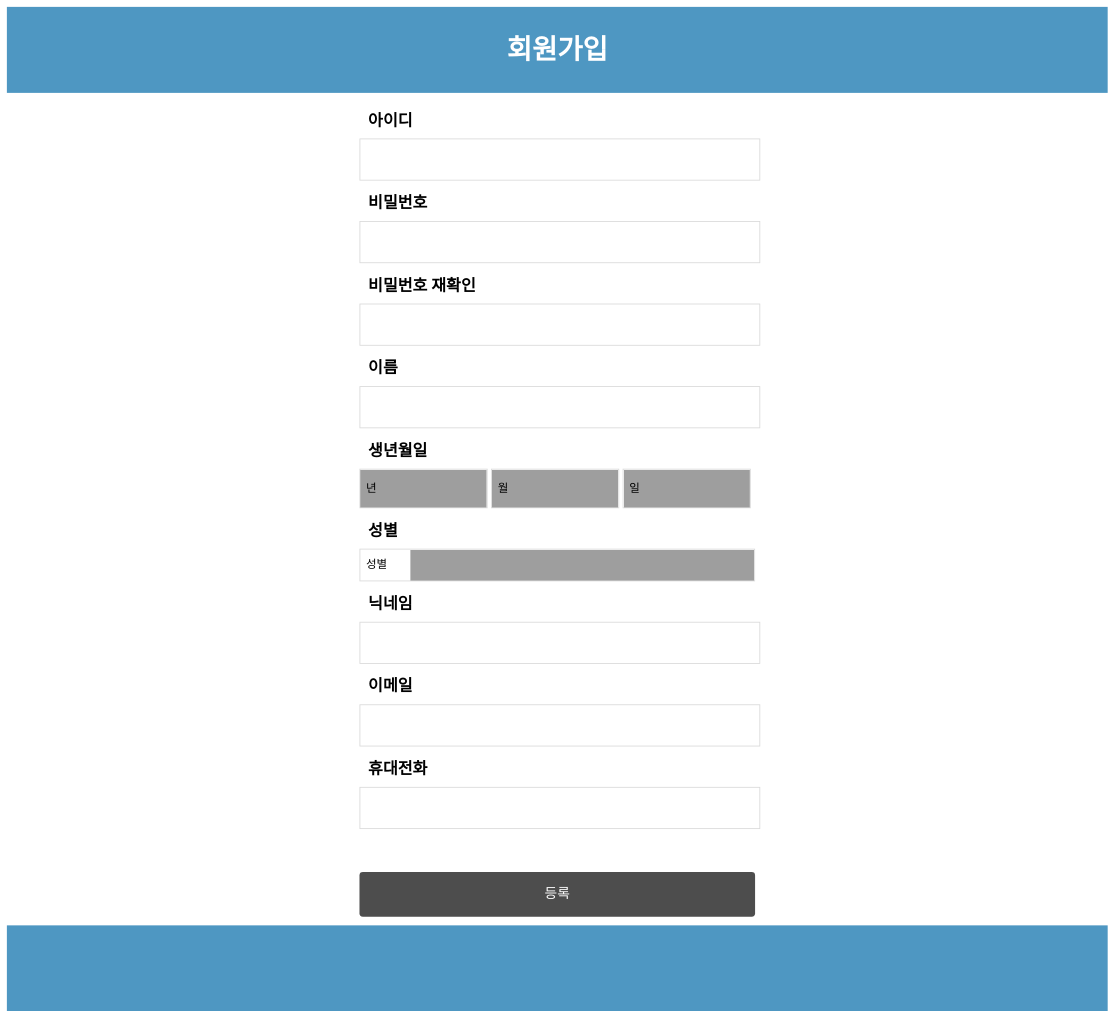
Repository: agheha/trillion
Page: YH/study_project/html/signup.html
The author's editor kept a copy of each file at every save. The page is drawn from the files as they stood at one save, then again after the next save.
The browser window is 1280 px wide. The page is 1288 px wide, so the pictures cover 1288 px, including what lies to the right of the window. The pictures show the whole page, at 86% of full size.
Pictures or frames that could not be fetched are drawn as grey boxes.

Above is the page before, as saved 2019-09-04 17:21:03.

### YH/study_project/html/signup.html
<!DOCTYPE html>
<html lang="en">
<head>
    <meta charset="UTF-8">
    <meta name="viewport" content="width=device-width, initial-scale=1.0">
    <meta http-equiv="X-UA-Compatible" content="ie=edge">
    <title>Document</title>
    <link rel="stylesheet" href="./../css/signup.css">
</head>
<body>
    <header><h1>회원가입</h1></header>
    <form>
        <fieldset>
                <div>
                    <h3>아이디</h3>
                    <div><input class="user_id" type="text" name="msg"></div>
                    <h3>비밀번호</h3>
                    <div><input type="password" name="pass"></div>
                    <h3>비밀번호 재확인</h3>
                    <div><input type="password" name="pass"></div>
                    <h3>이름</h3>
                    <div><input type="text" name="name"></div>
                    <h3>생년월일</h3>
                    <div>
                        <select id="birth_year" name="year">
                            <option value="1990">1990</option>
                            <option value="1991">1991</option>
                            <option value="1992">1992</option>
                            <option value="1993">1993</option>
                            <option value="1994">1994</option>
                            <option value="1995">1995</option>
                            <option value="1996">1996</option>
                            <option value="1997">1997</option>
                            <option value="1998">1998</option>
                            <option value="1999">1999</option>
                            <option value="2001">2001</option>
                            <option value="2002">2002</option>
                            <option value="2003">2003</option>
                            <option value="2004">2004</option>
                            <option value="2005">2005</option>
                            <option value="2006">2006</option>
                            <option value="2007">2007</option>
                            <option value="2008">2008</option>
                            <option value="2009">2009</option>
                            <option value="2010">2010</option>
                            <option value="2011">2011</option>
                            <option value="2012">2012</option>
                            <option value="2013">2013</option>
                            <option value="2014">2014</option>
                            <option value="2015">2015</option>
                            <option value="2016">2016</option>
                            <option value="2017">2017</option>
                            <option value="2018">2018</option>
                            <option value="2019">2019</option>
                            <option value="0" selected>년</option>
                        </select>
                        <select id="birth_month" name="month">
                            <option value="1">1</option>
                            <option value="2">2</option>
                            <option value="3">3</option>
                            <option value="4">4</option>
                            <option value="5">5</option>
                            <option value="6">6</option>
                            <option value="7">7</option>
                            <option value="8">8</option>
                            <option value="9">9</option>
                            <option value="10">10</option>
                            <option value="11">11</option>
                            <option value="12">12</option>
                        <option value="0" selected>월</option>
                    </select>
                        <select id="birth_date" name="date">
                            <option value="1">1</option>
                            <option value="2">2</option>
                            <option value="3">3</option>
                            <option value="4">4</option>
                            <option value="5">5</option>
                            <option value="6">6</option>
                            <option value="7">7</option>
                            <option value="8">8</option>
                            <option value="9">9</option>
                            <option value="10">10</option>
                            <option value="11">11</option>
                            <option value="12">12</option>
                            <option value="13">13</option>
                            <option value="14">14</option>
                            <option value="15">15</option>
                            <option value="16">16</option>
                            <option value="17">17</option>
                            <option value="18">18</option>
                            <option value="19">19</option>
                            <option value="20">20</option>
                            <option value="21">21</option>
                            <option value="22">22</option>
                            <option value="23">23</option>
                            <option value="24">24</option>
                            <option value="25">25</option>
                            <option value="26">26</option>
                            <option value="27">27</option>
                            <option value="28">28</option>
                            <option value="29">29</option>
                            <option value="30">30</option>
                            <option value="31">31</option>
                         <option value="0" selected>일</option>
                        </select>
                </div>
                <h3>성별</h3>
                <div>
                     <select id="gender" name="gender">
                        <option value="1">남자</option>
                        <option value="2">여자</option>
                        <option value="0" selected>성별</option>
                    </select>
                </div>
                <h3>닉네임</h3>
                <div><input type="password" name="nicname"></div>
                <h3>이메일</h3>
                <div><input type="email" name="email" required></div>
                <h3>휴대전화</h3>
                <div><input type="text" name="phnum"></div>
                <div><a class="btn" id="loginBtn" href="">등록</a></div>
            </div>
        </fieldset>
        <footer></footer>
    </form>
</body>
</html>

### YH/study_project/css/signup.css
body,html {
    width : 100%;
    height: 100%;
}
input{
    width: 100%;
    height: 45px;
    border: 1px solid #dadada;
    font-size: 15px;
}

#gender{
    width: 100%;
    height: 100%;
    border: 1px solid #dadada;
    padding: .8em .5em;
    font-family: inherit;
    background: #FFF url(https://static.nid.naver.com/images/join/pc/sel_arr_2x.gif) 100% 50% no-repeat;
    border-radius: 0px;
    -webkit-appearance: none;
    -moz-appearance: none;
    appearance: none;
}
#birth_year,#birth_month,#birth_date {
    width: 149px;
    height: 46px;
    border: 1px solid #dadada;
    padding: .8em .5em;
    font-family: inherit;
    background: #FFF url(https://static.nid.naver.com/images/join/pc/sel_arr_2x.gif) 100% 50% no-repeat;
    border-radius: 0px;
    -webkit-appearance: none;
    -moz-appearance: none;
    appearance: none;

}
h1 {
    text-align: center;
    color : white;
    margin : 0 auto;
    line-height: 100px;
}
h3 {
    margin : 10px;

}
fieldset {
    width: 890px;
    margin : 0 auto;
    border : none;
}
fieldset > div {
    width: 460px;
    margin : 0 auto;
}
header{
    height: 100px;
    width: 100%;
    background:#4E97C2 ;
}
footer {
    height: 100px;
    width: 100%;
    background:#4E97C2 ;
}
.btn{
    color: #fff;
    background-color: #4d4d4d;
    border-color: #404040;
    display: block;
    width : 100%;
    height: 52px;
    border-radius: 4px;
    line-height: 50px;
    text-align: center;
    margin-top: 50px;
    margin-top: 50px;
    text-decoration: none;
}

After the next save:
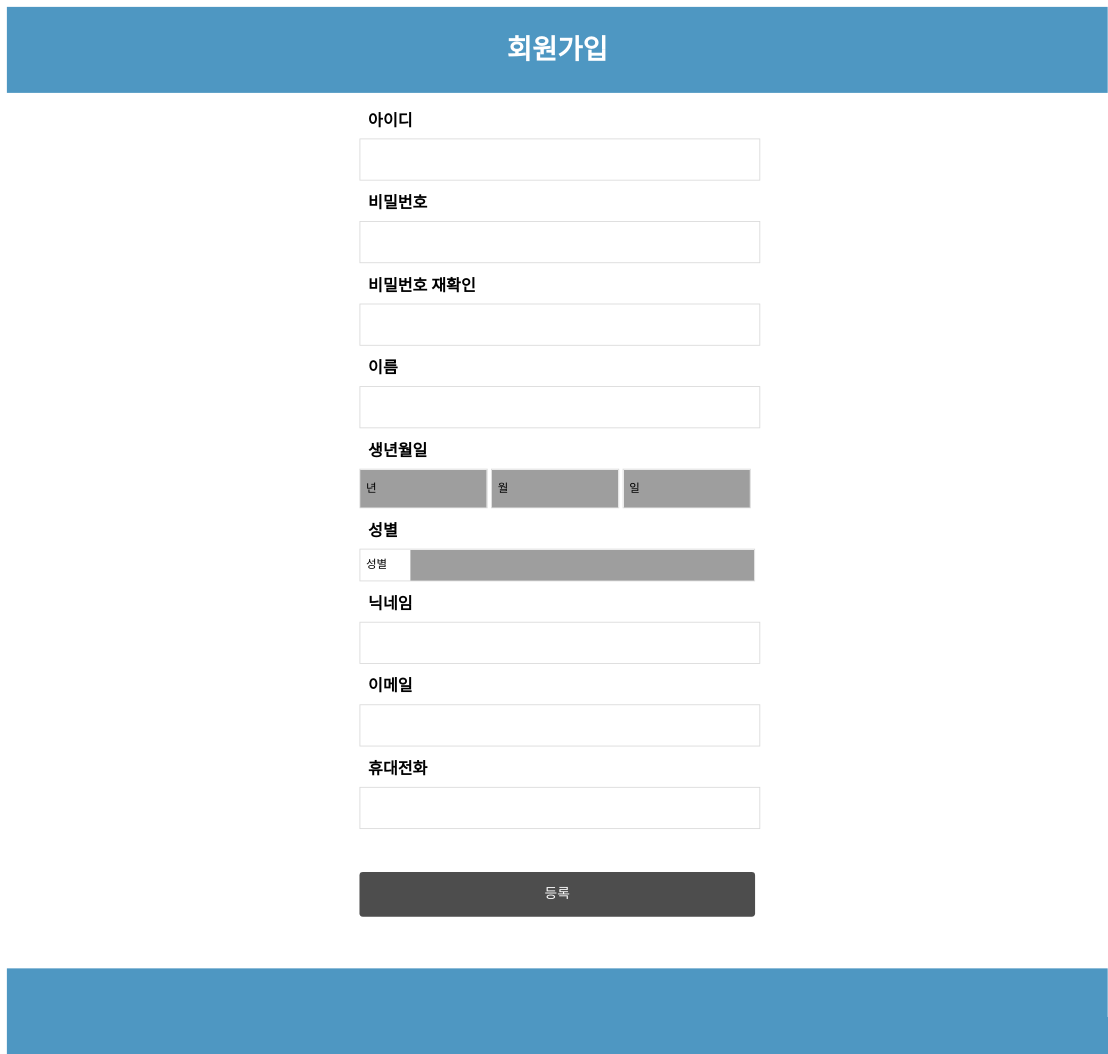
Saved 5 s later.
--- a/YH/study_project/css/signup.css
+++ b/YH/study_project/css/signup.css
@@ -74,6 +74,6 @@ footer {
     line-height: 50px;
     text-align: center;
     margin-top: 50px;
-    margin-top: 50px;
+    margin-bottom: 50px;
     text-decoration: none;
 }
